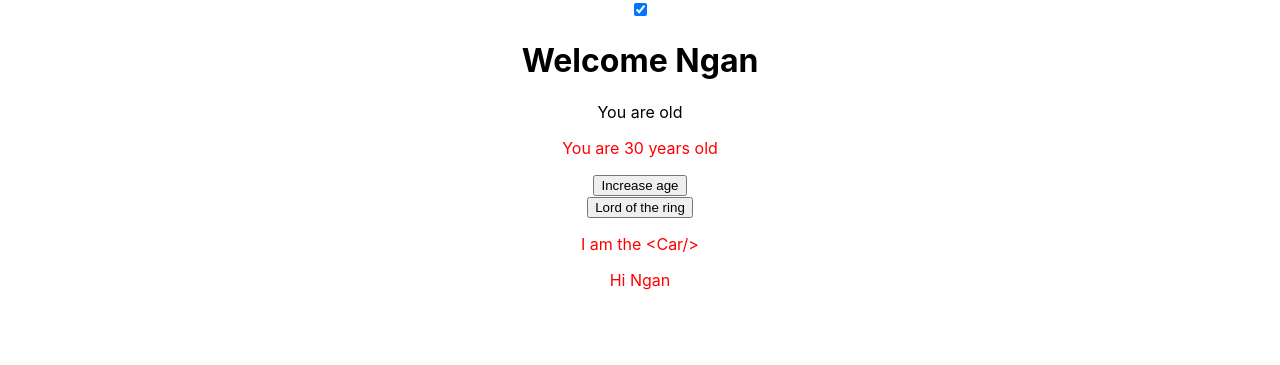
Repository: nguyenthibichngan/learn-react-redux
Page: /
These files come from the project's save history. The page is drawn as it stood at one moment and after the next save; the edit follows.
The browser window is 1280 px wide. The pictures show the whole page.
The project was rebuilt for these pictures with package versions that can differ from the ones it lists, and the page was loaded fresh each time.

Above is the page before, as saved 2023-09-11 15:34:44.

### src/App.js
import { useState } from "react";
import "./App.css";
import { AgeCounter } from "./component/AgeCounter";
import { Greetings } from "./component/Greetings";
import { Car } from "./component/Car/Car";
import { Greeting } from "./component/Greeting/Greeting";

function App() {
  const [movie, setMovie] = useState("Lord of the ring");

  function updateMovie() {
    setMovie("Fight club");
    console.log(movie);
  }

  return (
    <div className="App">
      <input
        type="checkbox"
        checked
        onChange={function () {
          console.log("You clicked");
        }}
      />
      <h1>Welcome Ngan</h1>
      <Greetings
        firstName={"Rachel"}
        lastName={"Green"}
        age={101}
        car={{ brand: "Viper", color: "red", speed: 200 }}
        doSomething={function () {
          console.log("Hi Ngannn");
        }}
      />

      <AgeCounter />

      <button onClick={updateMovie}>{movie}</button>

      <Car />
      <Greeting />
    </div>
  );
}

export default App;

### src/App.css
.App {
  text-align: center;
}

.App-logo {
  height: 40vmin;
  pointer-events: none;
}

@media (prefers-reduced-motion: no-preference) {
  .App-logo {
    animation: App-logo-spin infinite 20s linear;
  }
}

.App-header {
  background-color: #282c34;
  min-height: 100vh;
  display: flex;
  flex-direction: column;
  align-items: center;
  justify-content: center;
  font-size: calc(10px + 2vmin);
  color: white;
}

.App-link {
  color: #61dafb;
}

@keyframes App-logo-spin {
  from {
    transform: rotate(0deg);
  }
  to {
    transform: rotate(360deg);
  }
}

p {
  color: red;
}

### src/component/AgeCounter.js
import { useState } from "react";
import { AgeDisplay } from "./AgeDisplay";

export function AgeCounter(props) {
  //   let age = 30;

  //   function increaseAge() {
  //     age++;
  //   }

  const [age, setAge] = useState(30);

  function increaseAge() {
    setAge(age + 1);
  }

  return (
    <div>
      {/* <p>You are {age} years old</p> */}

      <AgeDisplay age={age} />
      <button onClick={increaseAge}>Increase age</button>
    </div>
  );
}

### src/component/Greetings.js
export function Greetings(props) {
  console.log(props);

  if (props.age > 100) {
    return <div>You are old</div>;
  } else {
    return <div>You are young</div>;
  }

  //   return (
  //     <div>
  //       Hi {props.firstName} {props.lastName} you are {props.age}
  //     </div>
  //   );
}

### src/component/Car/Car.js
export function Car(props) {
  return <p>I am the {"<Car/>"}</p>;
}

### src/component/Greeting/Greeting.js
export function Greeting(props) {
  return <p>Hi Ngan</p>;
}

### src/component/AgeDisplay.js
export function AgeDisplay(props) {
  return <p>You are {props.age} years old</p>;
}

### src/component/DisplayDifficulty/DisplayDifficulty.js
export function DisplayDifficulty(props) {
  return (
    <div>
      {props.difficuty
        ? `Difficulty set to ${props.difficuty}`
        : "No difficulty set"}
    </div>
  );
}

Loaded but not shown: public/index.html (common file); src/index.js (common file); src/index.css (common file); src/reportWebVitals.js (common file)

After the next save:
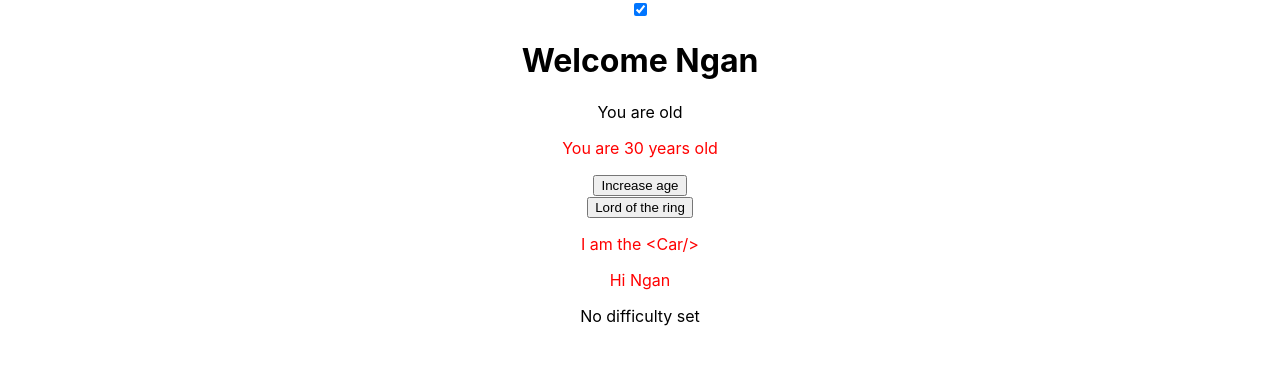
Saved 35 s later.
--- a/src/App.js
+++ b/src/App.js
@@ -4,6 +4,7 @@ import { AgeCounter } from "./component/AgeCounter";
 import { Greetings } from "./component/Greetings";
 import { Car } from "./component/Car/Car";
 import { Greeting } from "./component/Greeting/Greeting";
+import { DisplayDifficulty } from "./component/DisplayDifficulty/DisplayDifficulty";
 
 function App() {
   const [movie, setMovie] = useState("Lord of the ring");
@@ -39,6 +40,8 @@ function App() {
 
       <Car />
       <Greeting />
+
+      <DisplayDifficulty />
     </div>
   );
 }
